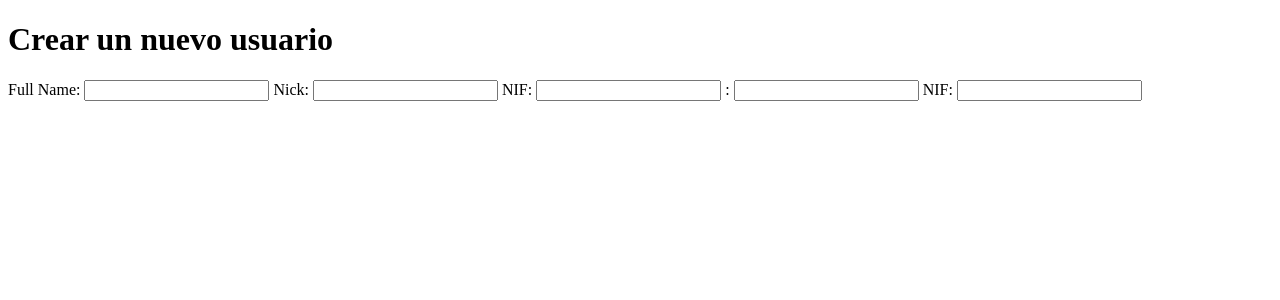
Repository: VinnySil/membresia
Page: http://localhost/users/create
An editor plug-in stored every save of this project. The page is shown before and after the next save, followed by the edit.
The browser window is 1280 px wide. The pictures show the whole page.
The page is served by the project's Laravel application, run on PHP 8.4 with Laravel 12. Other server files are loaded and not shown.

Above is the page before, as saved 2024-12-06 19:17:56.

### routes/web.php
<?php

use App\Http\Controllers\UserController;
use Illuminate\Support\Facades\Route;

Route::get('/', function () {
    return view('welcome');
});

//Endpoint para el crud de usuarios
Route::resource('users', UserController::class);

### app/Http/Controllers/UserController.php
<?php

namespace App\Http\Controllers;

use App\Models\User;
use Illuminate\Http\Request;

class UserController extends Controller
{
    /**
     * Display a listing of the resource.
     */
    public function index()
    {
        $users = User::all();
        return view('users.index', compact('users'));
    }

    /**
     * Show the form for creating a new resource.
     */
    public function create()
    {
        return view('users.create');
    }

    /**
     * Store a newly created resource in storage.
     */
    public function store(Request $request)
    {
        //
    }

    /**
     * Display the specified resource.
     */
    public function show(User $user)
    {
        //
    }

    /**
     * Show the form for editing the specified resource.
     */
    public function edit(User $user)
    {
        //
    }

    /**
     * Update the specified resource in storage.
     */
    public function update(Request $request, User $user)
    {
        //
    }

    /**
     * Remove the specified resource from storage.
     */
    public function destroy(User $user)
    {
        //
    }
}

### resources/views/users/create.blade.php
<!DOCTYPE html>
<html lang="en">
<head>
    <meta charset="UTF-8">
    <meta name="viewport" content="width=device-width, initial-scale=1.0">
    <meta http-equiv="X-UA-Compatible" content="ie=edge">
    <title>Document</title>
</head>
<body>
    <h1>Crear un nuevo usuario</h1>

    <form action="{{ route('users.store') }}">
        <label for="fullname">Full Name:</label>
        <input type="text" name="fullname">
        <label for="nick">Nick:</label>
        <input type="text" name="nick">
        <label for="nif">NIF:</label>
        <input type="text" name="nif">
        <label for="">:</label>
        <input type="text" name="">
        <label for="nif">NIF:</label>
        <input type="text" name="nif">

    </form>
</body>
</html>

Loaded but not shown: app/Http/Controllers/Controller.php (common file)

After the next save:
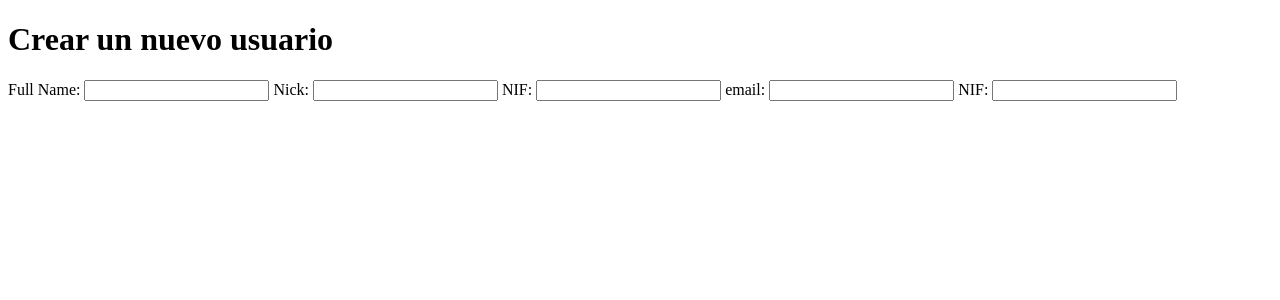
Saved 7 s later.
--- a/resources/views/users/create.blade.php
+++ b/resources/views/users/create.blade.php
@@ -16,8 +16,8 @@
         <input type="text" name="nick">
         <label for="nif">NIF:</label>
         <input type="text" name="nif">
-        <label for="">:</label>
-        <input type="text" name="">
+        <label for="email">email:</label>
+        <input type="text" name="email">
         <label for="nif">NIF:</label>
         <input type="text" name="nif">
 
